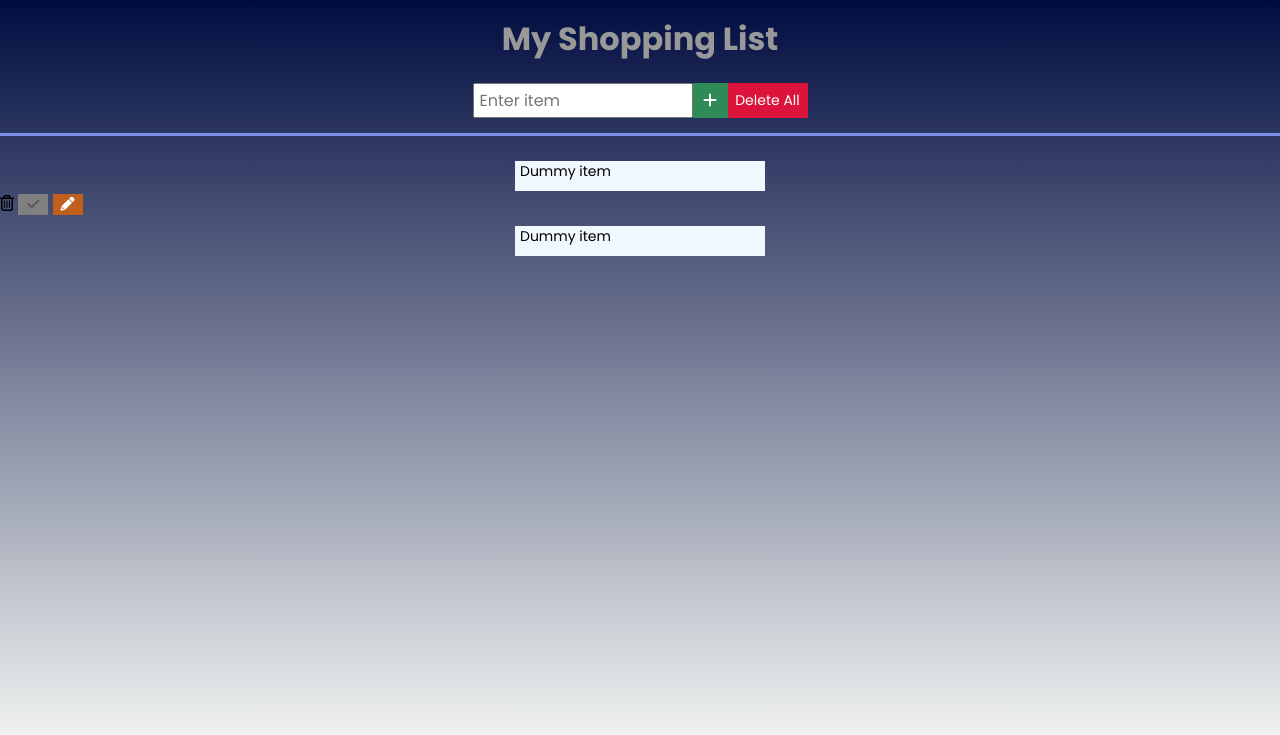
Repository: SaadYasin/shopping-list01-js
Page: index.html
These files come from the project's save history. The page is drawn as it stood at one moment and after a run of saves; the edit follows.
The browser window is 1280 px wide. The pictures show the whole page.

Above is the page before, as saved 2021-12-05 19:04:52.

### index.html
<!DOCTYPE html>
<html lang="en">
<head>
    <meta charset="UTF-8">
    <meta http-equiv="X-UA-Compatible" content="IE=edge">
    <meta name="viewport" content="width=device-width, initial-scale=1.0">
    <title>Shopping List App</title>
    <link rel="stylesheet" href="styles.css">
    <link rel="preconnect" href="https://fonts.googleapis.com">
    <link rel="preconnect" href="https://fonts.gstatic.com" crossorigin>
    <link href="https://fonts.googleapis.com/css2?family=Poppins:ital,wght@0,100;0,300;0,400;0,600;0,700;1,100;1,300;1,400;1,600;1,700&display=swap" rel="stylesheet">

    <link rel="stylesheet" href="https://cdnjs.cloudflare.com/ajax/libs/font-awesome/6.0.0-beta3/css/all.min.css">

</head>
<body>
    <header>
        <h1>My Shopping List</h1>

        <div id="input-form">
            <input type="text" id="item-txt" name="item-text" placeholder="Enter item" aria-label="Enter item" required>

            <button id="btn" class="btn plus-btn" type="button"><i class="fa fa-plus" aria-hidden="true"></i></button>

            <button class="btn btn-delete-all" type="button" >Delete All</button>

        </div>

        <div id="divider"></div>

        <div class="container">
            <ul id="items-list">
                <!-- <div class="list-line"> -->
                    <li class="item">Dummy item</li>
                    <span><i class="far fa-trash-alt"></i></span>
                    <button class="btn btn-done"><i class="fas fa-check"></i></button>
                    <button class="btn btn-edit"><i class="fas fa-pencil-alt"></i></button>
                <!-- </div> -->
                <div class="list-line">
                    <li class="item">Dummy item</li>

                </div>
            </ul>
        </div>
    </header>
    <script src="app.js"></script>
</body>
</html>

### styles.css
* {
    padding: 0;
    margin: 0;
    box-sizing: border-box;
    font-family: 'Poppins', sans-serif;
}

body {
    min-height: 100vh;
    background: #F0F2F0;  /* fallback for old browsers */
background: -webkit-linear-gradient(to top, #f0f2f0 , #000C40);  /* Chrome 10-25, Safari 5.1-6 */
background: linear-gradient(to top,#f0f2f0 , #000C40); /* W3C, IE 10+/ Edge, Firefox 16+, Chrome 26+, Opera 12+, Safari 7+ */


}

header h1 {
    color: #999;
    text-align: center;
    margin-top: 15px;
}

#input-form {
    display: flex;
    margin-top: 20px;
    justify-content: center;
}

#item-txt {
    height: 35px;
    width: 220px;
    font-size: 16px;
    padding-left: 5px;
}

.btn {
    width: 35px;
    border: none;
    outline: none;
    font-size: 14px;
    color: #fff;
    cursor: pointer;
}

.plus-btn {
    background-color: seagreen;
    color: #fff;
    font-size: 16px;
}

.btn-delete-all {
    width: 80px;
    background-color: crimson;

}

#divider {
    width: 100vw;
    height: 3px;
    background-color: #7c90e6;
    margin-top: 15px;
}

.container {
    width: 100%;
    padding-top: 20px;

}

#items-list {
    list-style-type: none;
}

.list-line {
    display: flex;
    justify-content: center;
    margin-top: 5px;
}

li {
    display: flex;
    width: 250px;
    height: 30px;
    font-size: 14px;
    background-color: aliceblue;
    padding-left: 5px;
    margin-top: 5px;
    margin-left: auto;
    margin-right: auto;

}

.btn-delete-item {
    width: 30px;
    background-color: maroon;
    color: #fff;

}

.btn-done {
    width: 30px;
    border: none;
    background-color: gray;
    color: #555;
    font-size: 14px;
}

.btn-edit {
    width: 30px;
    background-color: rgb(194, 95, 29);
    color: #fff;

}

### app.js
const addBtn = document.querySelector('#btn');
const inputText = document.querySelector('#item-txt');
const list = document.querySelector('.container ul');

addBtn.addEventListener('click', (e) => {

    // Check that there is an input text
    if (inputText.value !== "") {
        e.preventDefault();

        // Create li
        const newLi = document.createElement('li');
        newLi.innerHTML = inputText.value;
        list.appendChild(newLi);
    }
});

After the next 2 saves:
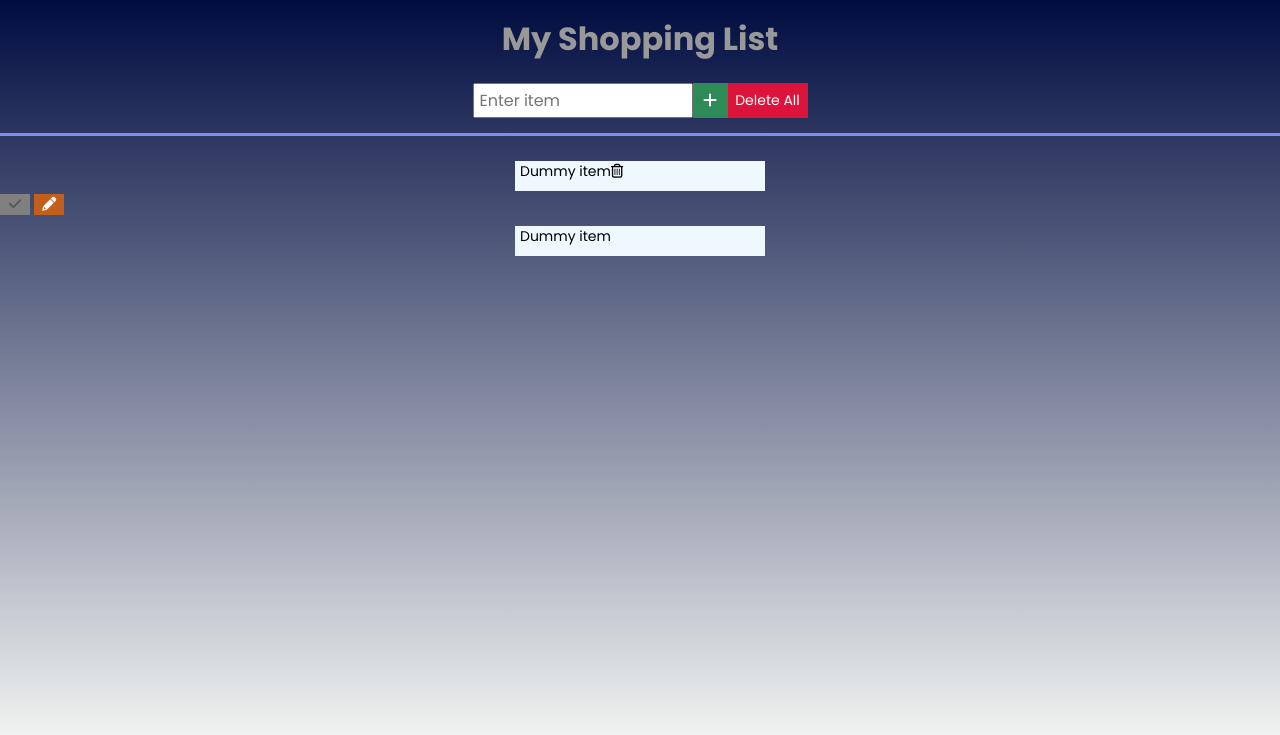
The 2 saves are shown as one change because they came seconds apart.
The last was saved 25 s later.
--- a/index.html
+++ b/index.html
@@ -31,8 +31,8 @@
         <div class="container">
             <ul id="items-list">
                 <!-- <div class="list-line"> -->
-                    <li class="item">Dummy item</li>
-                    <span><i class="far fa-trash-alt"></i></span>
+                    <li class="item">Dummy item<span><i class="far fa-trash-alt"></i></span></li>
+
                     <button class="btn btn-done"><i class="fas fa-check"></i></button>
                     <button class="btn btn-edit"><i class="fas fa-pencil-alt"></i></button>
                 <!-- </div> -->
